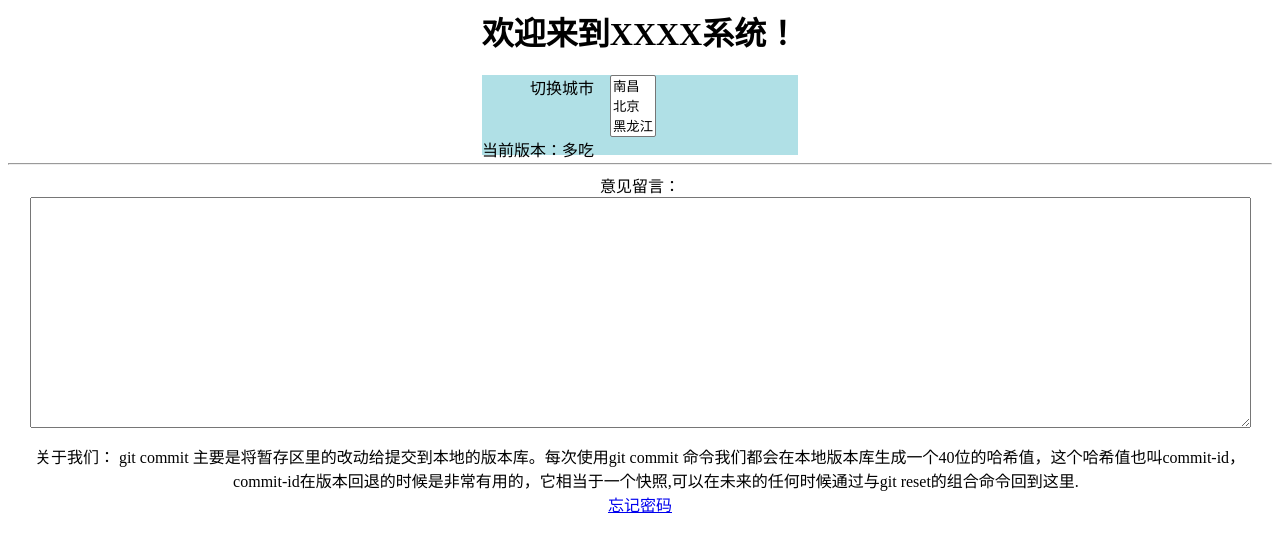
Repository: never-404/Intelligent-recommendation-system
Page: http://localhost/Intelligent-recommendation-system/mine.jsp
These files come from the project's save history. The page is drawn as it stood at one moment and after the next save; the edit follows.
The browser window is 1280 px wide. The pictures show the whole page.
The page is served by Tomcat 9. Nobody is signed in. The application's start-up code is not run.

Above is the page before, as saved 2019-04-12 10:02:04.

After the next save:
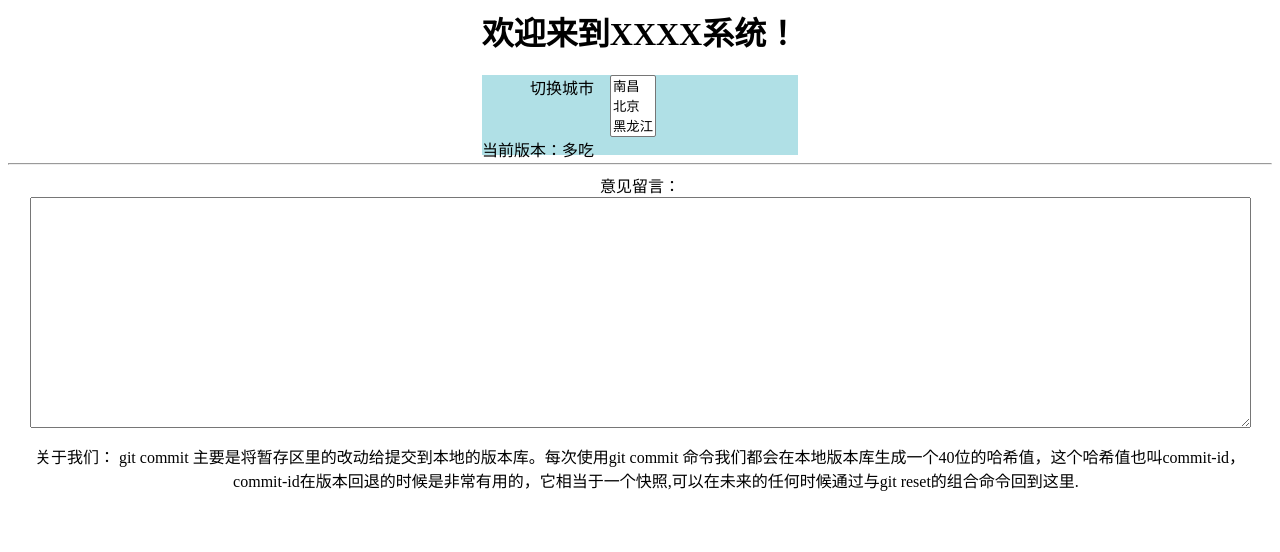
Saved 14 s later.
--- a/Intelligent-recommendation-system/WebRoot/mine.jsp
+++ b/Intelligent-recommendation-system/WebRoot/mine.jsp
@@ -53,8 +53,7 @@
 	关于我们： git commit 主要是将暂存区里的改动给提交到本地的版本库。每次使用git commit 命令我们都会在本地版本库生成一个40位的哈希值，这个哈希值也叫commit-id，
 　　commit-id在版本回退的时候是非常有用的，它相当于一个快照,可以在未来的任何时候通过与git reset的组合命令回到这里.
         <br>
-            <a href="forget_pswd.jsp"> 忘记密码</a>
-            <!--忘记密码跳转的网址-->
+
 	</div>
 
 	</body>
